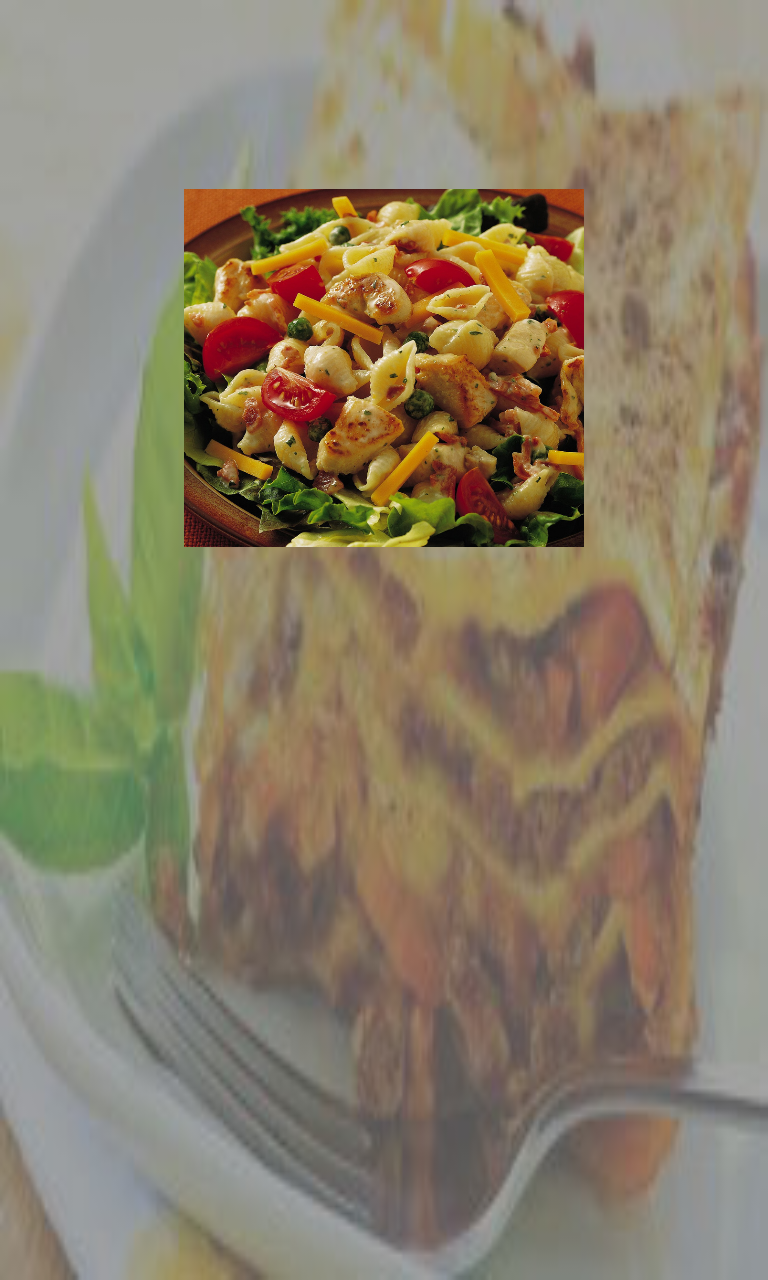
Repository: SubhaVasudevan/coday
Layout: MealsWithCare/res/layout/activity_main.xml
These files come from the project's save history. The layout is drawn as it stood at one moment and after a run of saves; the edit follows.
It is drawn on a 768 x 1280 px phone screen (xhdpi) without system bars, with theme android:Theme.NoTitleBar; the app's code is not run.

Above is the layout before, as saved 2014-11-01 00:27:08.

### MealsWithCare/res/layout/activity_main.xml
<RelativeLayout xmlns:android="http://schemas.android.com/apk/res/android"
    xmlns:tools="http://schemas.android.com/tools"
    android:layout_width="match_parent"
    android:layout_height="match_parent"
    android:background="@drawable/download"
    android:paddingBottom="@dimen/activity_vertical_margin"
    android:paddingLeft="@dimen/activity_horizontal_margin"
    android:paddingRight="@dimen/activity_horizontal_margin"
    android:paddingTop="@dimen/activity_vertical_margin"
    tools:context=".MainActivity" >

    <ImageView
        android:id="@+id/test_image"
        android:layout_width="200dp"
        android:layout_height="200dp"
        android:layout_alignParentTop="true"
        android:layout_centerHorizontal="true"
        android:layout_marginTop="68dp"
        android:src="@drawable/nutritiousmeals" />

</RelativeLayout>

Loaded but not shown: MealsWithCare/res/values/dimens.xml (common file)

After the next 2 saves:
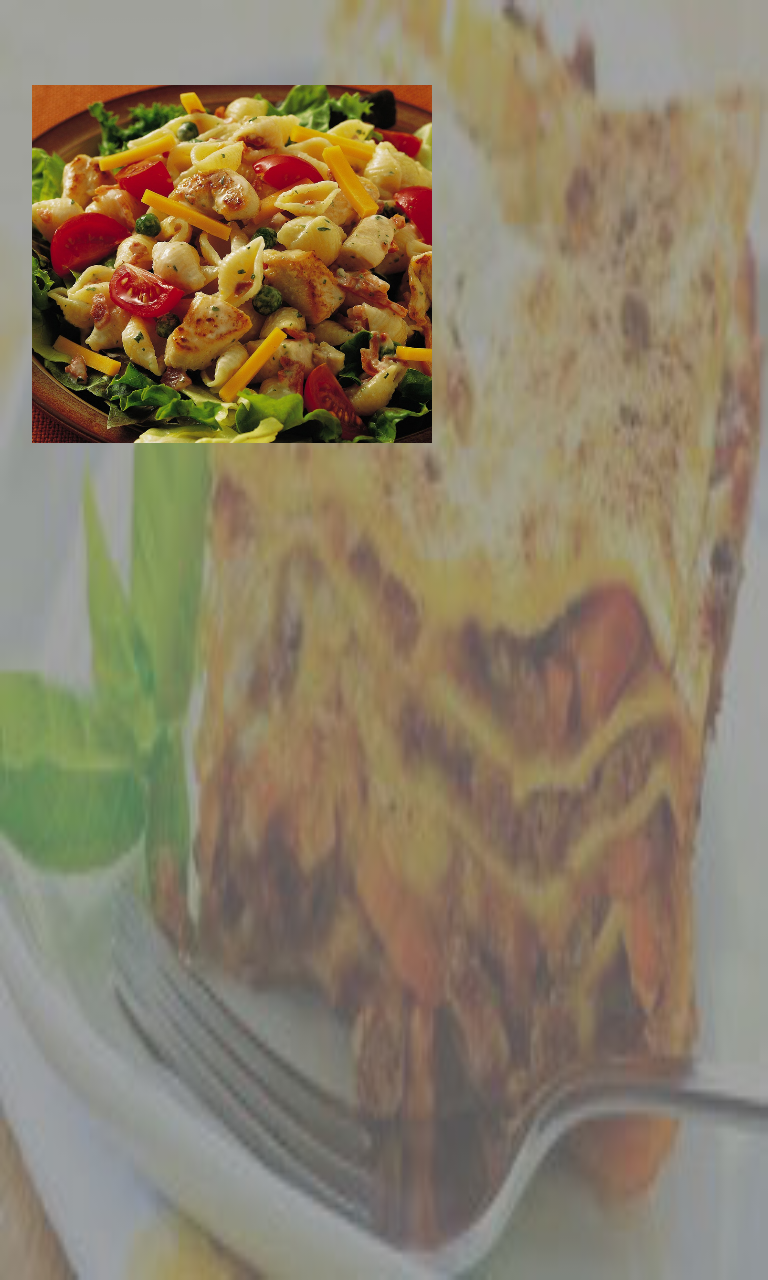
The 2 saves are shown as one change because 1 did not build or start.
The last was saved 7 min 45 s later.
--- a/MealsWithCare/res/layout/activity_main.xml
+++ b/MealsWithCare/res/layout/activity_main.xml
@@ -1,4 +1,4 @@
-<RelativeLayout xmlns:android="http://schemas.android.com/apk/res/android"
+<LinearLayout xmlns:android="http://schemas.android.com/apk/res/android"
     xmlns:tools="http://schemas.android.com/tools"
     android:layout_width="match_parent"
     android:layout_height="match_parent"
@@ -15,7 +15,7 @@
         android:layout_height="200dp"
         android:layout_alignParentTop="true"
         android:layout_centerHorizontal="true"
-        android:layout_marginTop="68dp"
+        android:layout_marginTop="16dp"
         android:src="@drawable/nutritiousmeals" />
 
-</RelativeLayout>
+</LinearLayout>
